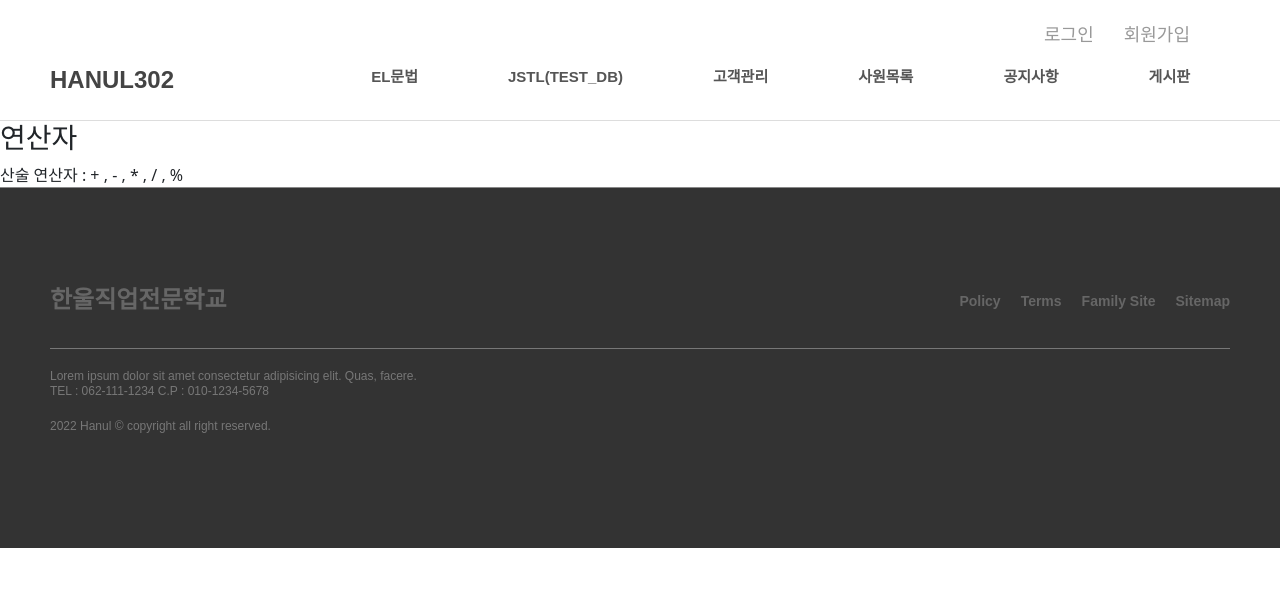
Repository: Xeyeong/servlet
Page: http://localhost/05.MiniProject/el/operator.jsp
An editor plug-in stored every save of this project. The page is shown before and after the next save, followed by the edit.
The browser window is 1280 px wide. The pictures show the whole page.
Some web libraries are served in a nearby version. The page is served by Tomcat 9.

Above is the page before, as saved 2022-09-20 02:54:44.

After the next save:
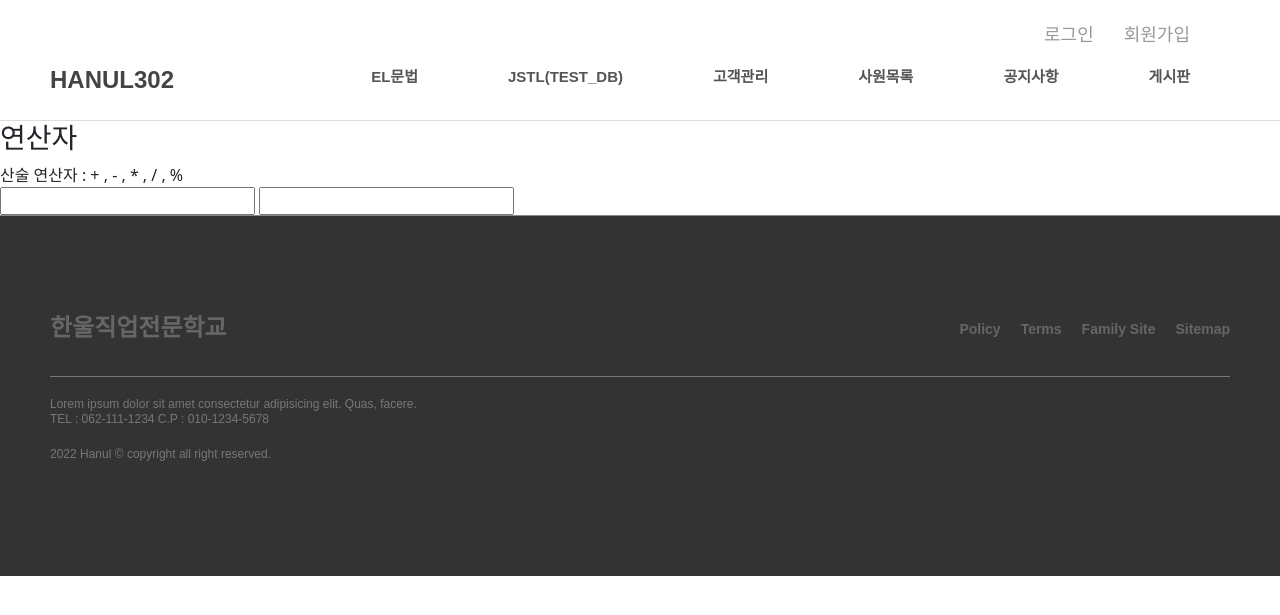
Saved 42 s later.
--- a/05.MiniProject/src/main/webapp/el/operator.jsp
+++ b/05.MiniProject/src/main/webapp/el/operator.jsp
@@ -10,6 +10,12 @@
 <jsp:include page="/include/header.jsp" />
 	<h3>연산자</h3>
 	<div>산술 연산자 : + , - , * , / , % </div>
+
+	<form action="">
+	<input type="text" name="no1"/>
+	<input type="text" name="no2"/>
+	</form>
+
 <jsp:include page="/include/footer.jsp" />
 </body>
 </html>
